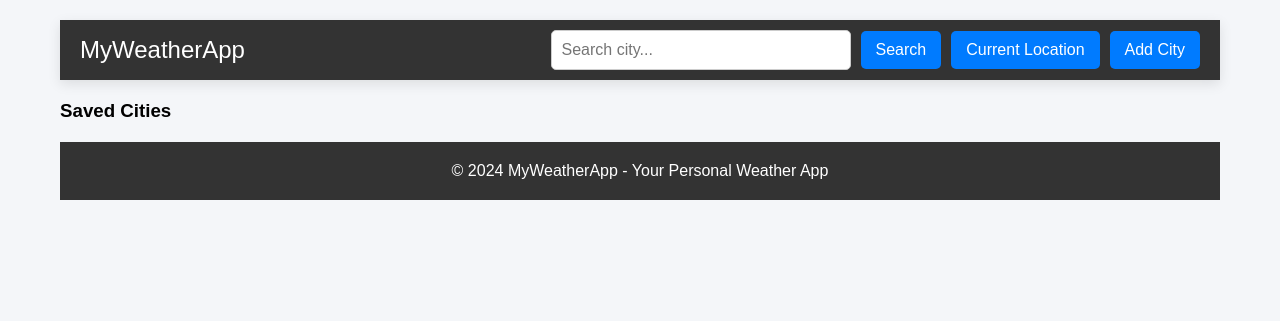
Repository: Rayyy-dev/My-weather-App
Page: /
These files come from the project's save history. The page is drawn as it stood at one moment and after the next save; the edit follows.
The browser window is 1280 px wide. The pictures show the whole page.
The page's requests for data from a server got no answer. The project was rebuilt for these pictures with package versions that can differ from the ones it lists, and the page was loaded fresh each time. No one was signed in, and anything a server would have sent is missing.

Above is the page before, as saved 2024-10-16 02:52:25.

After the next save:
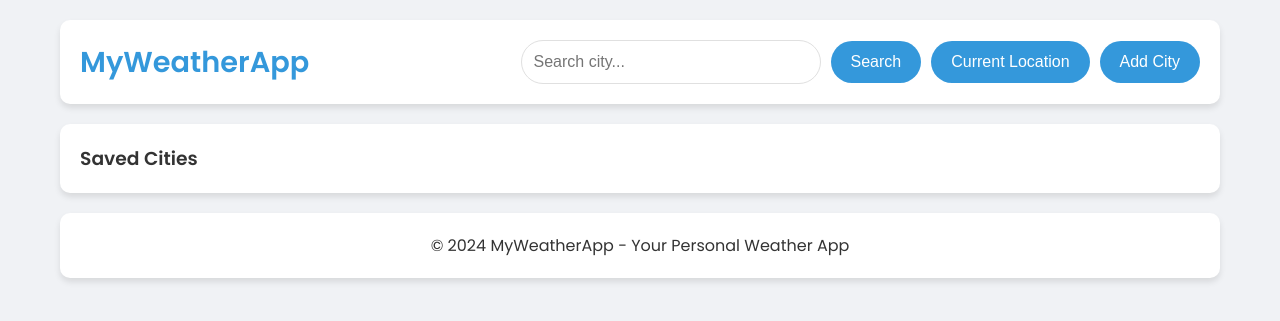
Saved 92 s later.
--- a/src/App.css
+++ b/src/App.css
@@ -6,8 +6,9 @@
 }
 
 body {
-  font-family: 'Arial', sans-serif;
-  background-color: #f4f6f9;
+  font-family: 'Poppins', sans-serif;
+  background-color: #f0f2f5;
+  color: #333;
 }
 
 .app-container {
@@ -22,14 +23,18 @@ body {
   display: flex;
   justify-content: space-between;
   align-items: center;
-  background-color: #333;
-  color: white;
-  padding: 10px 20px;
-  box-shadow: 0px 4px 12px rgba(0, 0, 0, 0.1);
+  background-color: #ffffff;
+  color: #333;
+  padding: 20px;
+  border-radius: 10px;
+  box-shadow: 0 4px 6px rgba(0, 0, 0, 0.1);
+  margin-bottom: 20px;
 }
 
 .logo {
-  font-size: 1.5rem;
+  font-size: 1.8rem;
+  font-weight: 600;
+  color: #3498db;
 }
 
 .search-location {
@@ -39,54 +44,65 @@ body {
 }
 
 .search-bar {
-  padding: 10px;
-  border-radius: 5px;
-  border: 1px solid #ccc;
+  padding: 12px;
+  border-radius: 25px;
+  border: 1px solid #e0e0e0;
   width: 300px;
   font-size: 1rem;
+  transition: all 0.3s ease;
+}
+
+.search-bar:focus {
+  outline: none;
+  border-color: #3498db;
+  box-shadow: 0 0 0 2px rgba(52, 152, 219, 0.2);
 }
 
 button {
-  background-color: #007bff;
+  background-color: #3498db;
   color: white;
   border: none;
-  padding: 10px 15px;
-  border-radius: 5px;
+  padding: 12px 20px;
+  border-radius: 25px;
   cursor: pointer;
   font-size: 1rem;
+  transition: all 0.3s ease;
 }
 
 button:hover {
-  background-color: #0056b3;
-}
-
-button:focus {
-  outline: none;
+  background-color: #2980b9;
 }
 
 /* Suggestions dropdown */
 .suggestions {
   position: absolute;
   background-color: white;
-  border: 1px solid #ccc;
+  border: 1px solid #e0e0e0;
+  border-radius: 5px;
   width: 300px;
   z-index: 1000;
-  top: 60px; /* Align below the search bar */
-  left: 20%; /* Adjust the position so it's aligned with the search bar */
+  top: 60px;
+  left: 20%;
+  box-shadow: 0 4px 6px rgba(0, 0, 0, 0.1);
 }
 
 .suggestion-item {
-  padding: 10px;
+  padding: 12px;
   cursor: pointer;
+  transition: background-color 0.3s ease;
 }
 
 .suggestion-item:hover {
-  background-color: #f0f0f0;
+  background-color: #f0f2f5;
 }
 
 /* Saved Cities */
 .saved-cities {
   margin: 20px 0;
+  background-color: #ffffff;
+  padding: 20px;
+  border-radius: 10px;
+  box-shadow: 0 4px 6px rgba(0, 0, 0, 0.1);
 }
 
 .saved-city-item {
@@ -97,16 +113,17 @@ button:focus {
 }
 
 .remove-city-btn {
-  background-color: #dc3545;
+  background-color: #e74c3c;
   color: white;
   border: none;
-  padding: 5px 10px;
-  border-radius: 5px;
+  padding: 8px 12px;
+  border-radius: 20px;
   cursor: pointer;
+  font-size: 0.9rem;
 }
 
 .remove-city-btn:hover {
-  background-color: #c82333;
+  background-color: #c0392b;
 }
 
 /* Main Sections */
@@ -117,48 +134,52 @@ main {
 .current-weather,
 .hourly-weather,
 .daily-forecast {
-  background-color: #fff;
-  padding: 20px;
+  background-color: #ffffff;
+  padding: 30px;
   border-radius: 10px;
   margin-bottom: 20px;
-  box-shadow: 0px 4px 12px rgba(0, 0, 0, 0.1);
+  box-shadow: 0 4px 6px rgba(0, 0, 0, 0.1);
 }
 
 .weather-details {
   display: flex;
   justify-content: space-between;
+  align-items: center;
 }
 
 .hourly-scroll {
   display: flex;
   overflow-x: auto;
-  gap: 15px;
+  gap: 20px;
+  padding: 10px 0;
 }
 
 .hour-item {
-  padding: 10px;
-  background-color: #f4f4f4;
+  padding: 15px;
+  background-color: #f0f2f5;
   border-radius: 10px;
   text-align: center;
+  min-width: 100px;
 }
 
 .forecast-list {
   display: flex;
   flex-direction: column;
-  gap: 10px;
+  gap: 15px;
 }
 
 .forecast-item {
   display: flex;
   justify-content: space-between;
   align-items: center;
-  background-color: #f0f0f0;
-  padding: 10px;
-  border-radius: 5px;
+  background-color: #f0f2f5;
+  padding: 15px;
+  border-radius: 10px;
 }
 
 .error {
-  color: red;
+  color: #e74c3c;
+  font-weight: 500;
 }
 
 /* Footer */
@@ -166,6 +187,8 @@ main {
   text-align: center;
   margin-top: 20px;
   padding: 20px;
-  background-color: #333;
-  color: white;
+  background-color: #ffffff;
+  color: #333;
+  border-radius: 10px;
+  box-shadow: 0 4px 6px rgba(0, 0, 0, 0.1);
 }
